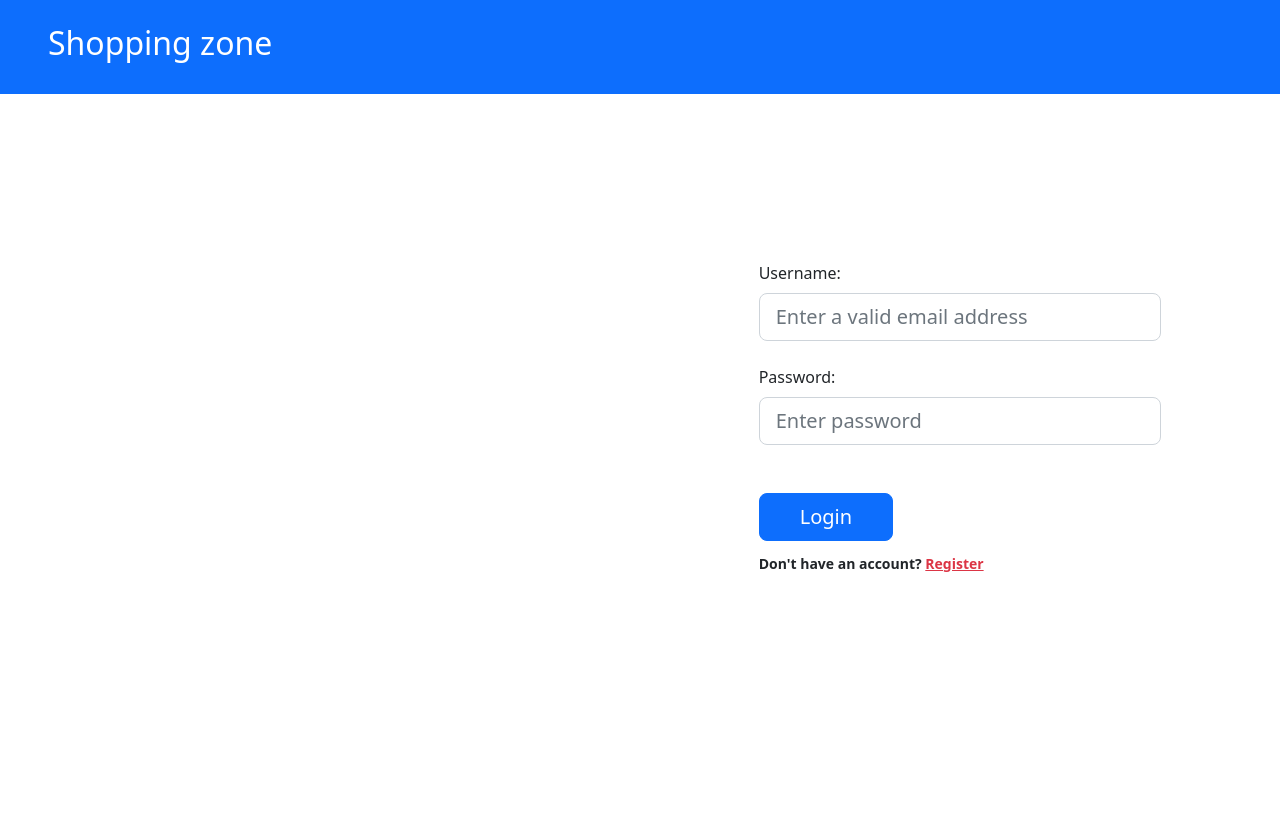
Repository: Rishicollinz/Java_Fullstack
Page: http://localhost/shopping/login.jsp
These files come from the project's save history. The page is drawn as it stood at one moment and after the next save; the edit follows.
The browser window is 1280 px wide. The pictures show the whole page.
The page is served by Tomcat 9.

Above is the page before, as saved 2023-05-21 04:18:56.

After the next save:
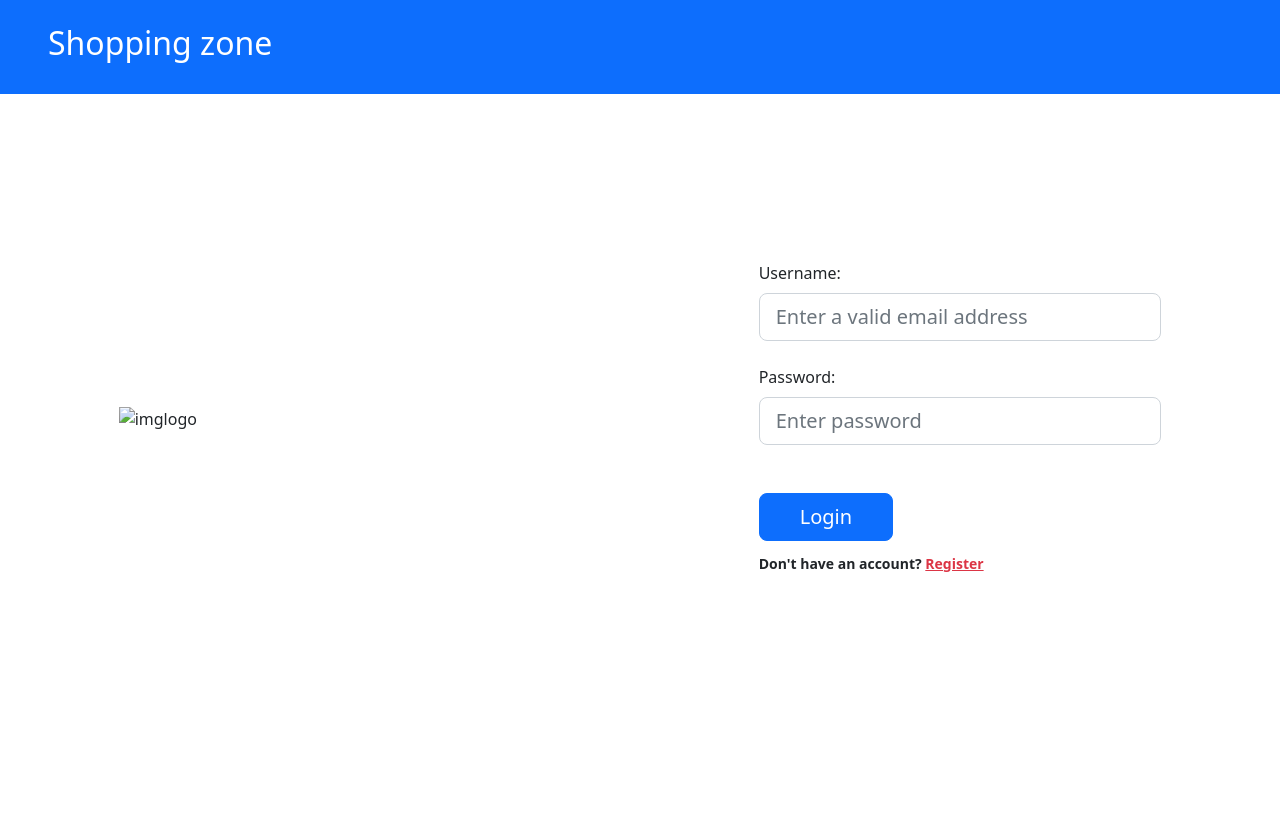
Saved 41 s later.
--- a/Eclipse 2/shopping/src/main/webapp/login.jsp
+++ b/Eclipse 2/shopping/src/main/webapp/login.jsp
@@ -39,6 +39,7 @@ height: 100%;
   <div class="container-fluid h-custom">
     <div class="row d-flex justify-content-center align-items-center h-100">
       <div class="col-md-9 col-lg-6 col-xl-5">
+		  <img id="image-1" alt="imglogo" src="img/szlogo.png"/>
       </div>
       <div class="col-md-8 col-lg-6 col-xl-4 offset-xl-1">
         <form action="login" method="post">
